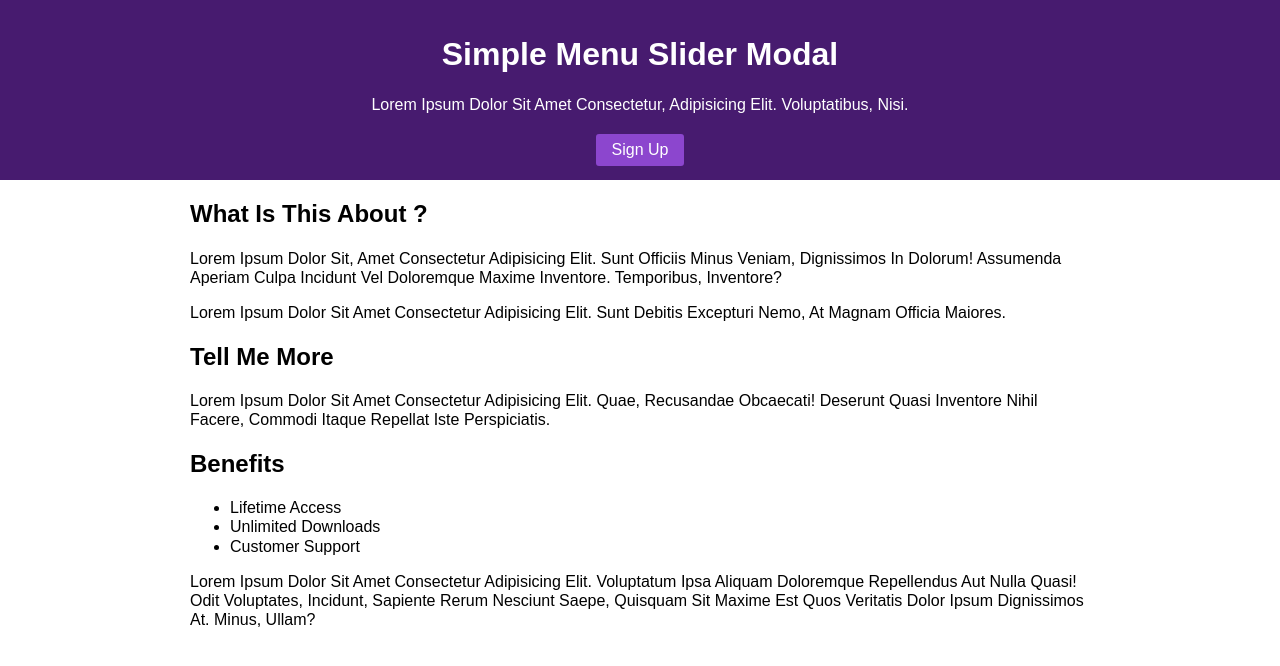
Repository: lilo750/Menu-Slider-modal
Page: index.html
The author's editor kept a copy of each file at every save. The page is drawn from the files as they stood at one save, then again after the next save.
The browser window is 1280 px wide. The pictures show the whole page.

Above is the page before, as saved 2024-01-14 14:29:40.

### index.html
<!DOCTYPE html>
<html lang="en">
    <head>
        <meta charset="UTF-8" />
        <meta name="viewport" content="width=device-width, initial-scale=1.0" />
        <title>menu-slider-modal</title>
        <script defer src="assets/logic.js"></script>
        <link rel="stylesheet" href="assets/style.css" />
    </head>
    <body>
        <!-- <div class="left-menu">
                    <aside>
                        <div id="profile-img">
                            <img
                                src="assets/visuals/profile-img.jpg"
                                alt="profile image"
                            />
                        </div>
                        <ul>
                            <li>home</li>
                            <li>portfolio</li>
                            <li>blog</li>
                            <li>contact me</li>
                        </ul>
                    </aside>
                    <button>
                        <img
                            src="assets/visuals/burger-menu-svgrepo-com.svg"
                            alt="burger icon"
                        />
                    </button>
                </div> -->
        <div class="container">
            <header>
                <div class="heading">
                    <h1>Simple Menu slider Modal</h1>
                    <p>
                        Lorem ipsum dolor sit amet consectetur, adipisicing
                        elit. Voluptatibus, nisi.
                    </p>
                    <button id="signUp-btn">Sign Up</button>
                </div>
            </header>

            <main>
                <h2>what is this about ?</h2>
                <p>
                    Lorem ipsum dolor sit, amet consectetur adipisicing elit.
                    Sunt officiis minus veniam, dignissimos in dolorum!
                    Assumenda aperiam culpa incidunt vel doloremque maxime
                    inventore. Temporibus, inventore?
                </p>
                <p>
                    Lorem ipsum dolor sit amet consectetur adipisicing elit.
                    Sunt debitis excepturi nemo, at magnam officia maiores.
                </p>
                <h2>tell me more</h2>
                <p>
                    Lorem ipsum dolor sit amet consectetur adipisicing elit.
                    Quae, recusandae obcaecati! Deserunt quasi inventore nihil
                    facere, commodi itaque repellat iste perspiciatis.
                </p>
                <h2>benefits</h2>
                <ul>
                    <li>lifetime access</li>
                    <li>unlimited downloads</li>
                    <li>customer support</li>
                </ul>
                <p>
                    Lorem ipsum dolor sit amet consectetur adipisicing elit.
                    Voluptatum ipsa aliquam doloremque repellendus aut nulla
                    quasi! Odit voluptates, incidunt, sapiente rerum nesciunt
                    saepe, quisquam sit maxime est quos veritatis dolor ipsum
                    dignissimos at. Minus, ullam?
                </p>
            </main>
        </div>
        <!-- ./container -->
    </body>
</html>

### assets/style.css
html {
    font-family: sans-serif;
}

body {
    height: 100vh;
    margin: 0;
    padding: 0;
    text-transform: capitalize;
    line-height: 1.2;
}

.container {
    display: flex;
    flex-direction: column;

    & header {
        background-color: rgb(71, 27, 111);
        color: #fff;
        text-align: center;
        padding: 14px 8px;

        #signUp-btn {
            background-color: rgb(140, 70, 206);
            color: inherit;
            border: 0;
            outline: 2px;
            padding: 7px 16px;
            border-radius: 3px;
            cursor: pointer;
            font-size: 16px;
        }

        & p {
            margin-bottom: 20px;
        }
    }

    & main {
        max-width: 900px;
        align-self: center;
    }
}

Loaded but not shown: assets/logic.js (no copy from this time; the picture is the same without it)

After the next save:
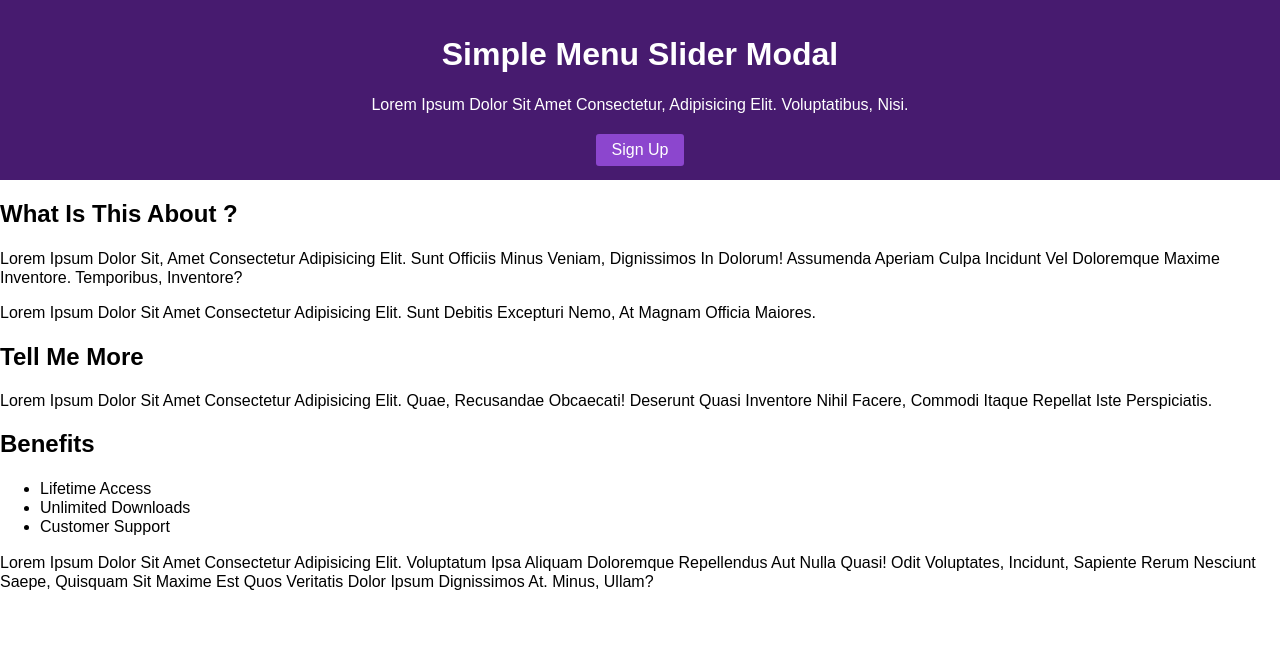
Saved 9 s later.
--- a/assets/style.css
+++ b/assets/style.css
@@ -37,7 +37,7 @@
     }
 
     & main {
-        max-width: 900px;
+        min-width: 900px;
         align-self: center;
     }
 }

After the save that followed:
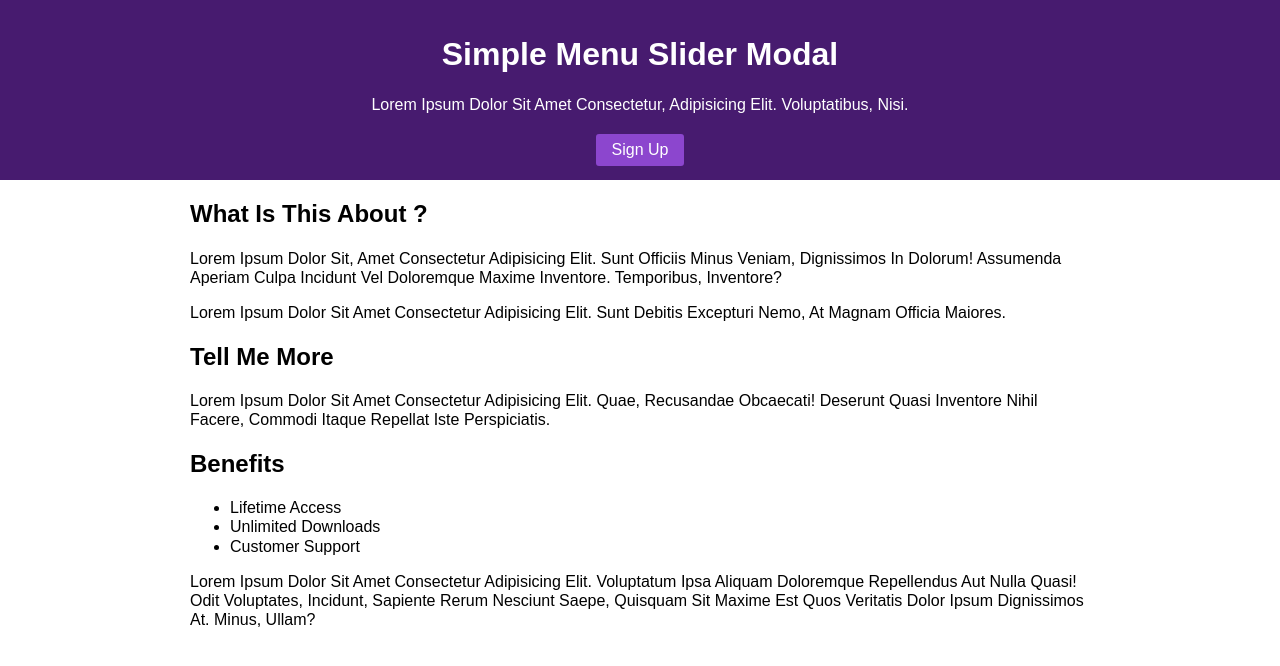
Saved 6 s later.
--- a/assets/style.css
+++ b/assets/style.css
@@ -37,7 +37,7 @@
     }
 
     & main {
-        min-width: 900px;
+        max-width: 900px;
         align-self: center;
     }
 }
